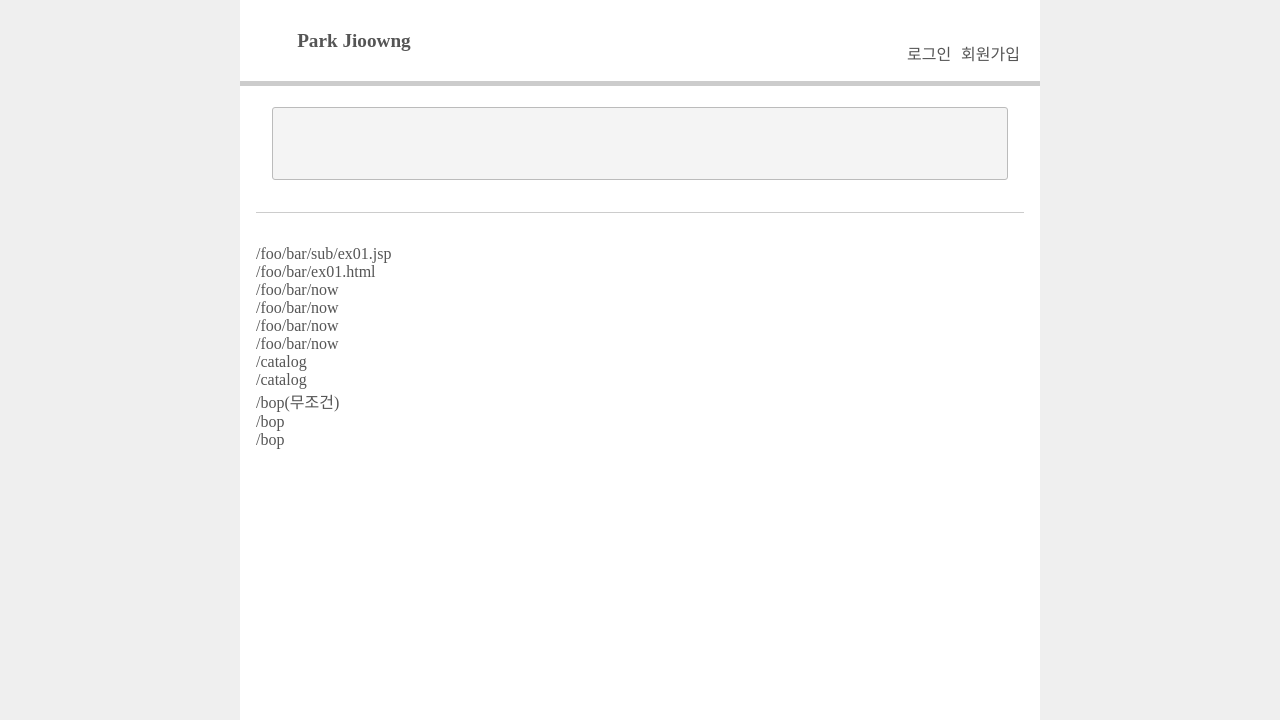
Repository: park-jiwoong/webClass
Page: webPro/src/main/webapp/JSPClass/jspPro/src/main/webapp/days02/ex01.html
An editor plug-in stored every save of this project. The page is shown before and after the next save, followed by the edit.
The browser window is 1280 px wide. The pictures show the whole page.
Some web fonts or font styles are not loaded; a fallback is used.

Above is the page before, as saved 2025-05-22 08:14:12.

After the next save:
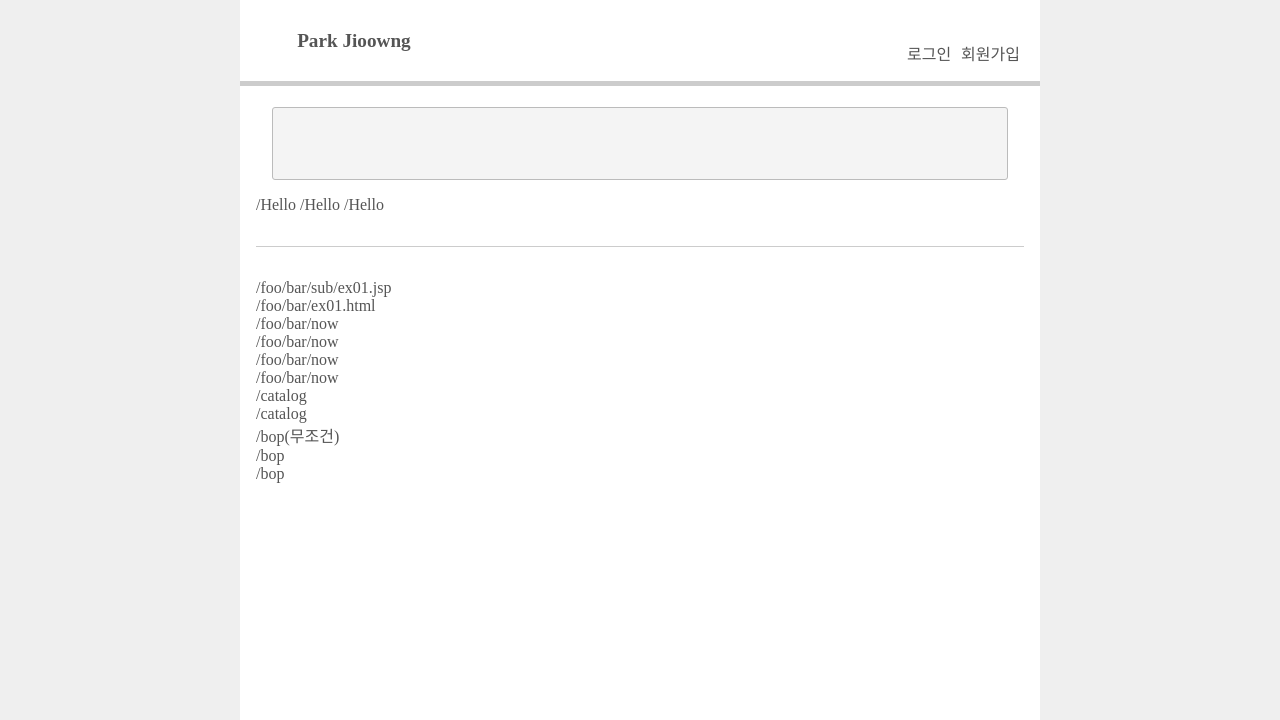
Saved 17 s later.
--- a/webPro/src/main/webapp/JSPClass/jspPro/src/main/webapp/days02/ex01.html
+++ b/webPro/src/main/webapp/JSPClass/jspPro/src/main/webapp/days02/ex01.html
@@ -26,9 +26,9 @@
 
   </xmp>
 
-  <a href="/jspPro/Hello"></a>
-  <a href="/jspPro/Hello?name=admin"></a>
-  <a href="/jspPro/Hello?name=홍길동"></a>
+  <a href="/jspPro/Hello">/Hello</a>
+  <a href="/jspPro/Hello?name=admin">/Hello</a>
+  <a href="/jspPro/Hello?name=홍길동">/Hello</a>
 
   <hr>
 	<a href="/jspPro/foo/bar/sub/ex01.jsp">/foo/bar/sub/ex01.jsp</a><br>
